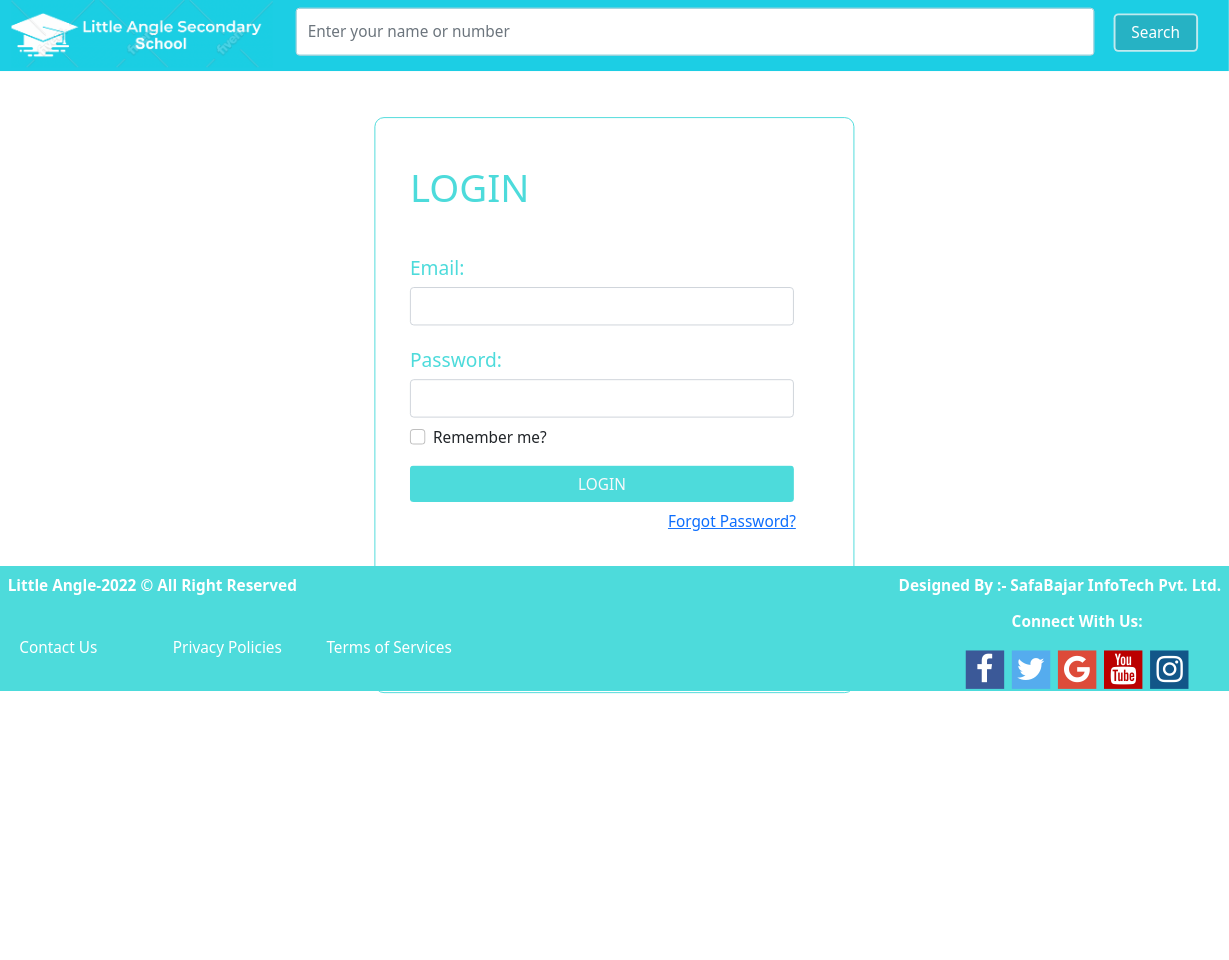
Repository: Sjuicyy/School-Project
Page: login.html
The author's editor kept a copy of each file at every save. The page is drawn from the files as they stood at one save, then again after the next save.
The browser window is 1280 px wide. The pictures show the whole page, at 96% of full size.

Above is the page before, as saved 2022-09-17 13:11:28.

### login.html
<!doctype html>
<html lang="en">

<head>
    <!-- Required meta tags -->
    <meta charset="utf-8">
    <meta name="viewport" content="width=device-width, initial-scale=1">

    <!-- Bootstrap CSS -->
    <link href="https://cdn.jsdelivr.net/npm/bootstrap@5.0.2/dist/css/bootstrap.min.css" rel="stylesheet"
        integrity="sha384-EVSTQN3/azprG1Anm3QDgpJLIm9Nao0Yz1ztcQTwFspd3yD65VohhpuuCOmLASjC" crossorigin="anonymous">

    <link rel="stylesheet" href="https://cdnjs.cloudflare.com/ajax/libs/font-awesome/4.7.0/css/font-awesome.min.css">


    <style>
        body {
            height: 1000px;
        }

        .navcol {
            background-color: rgb(28, 206, 228);
        }

        .row0 div {
            width: auto;
            display: flex;
        }

        .img {
            height: 70px;
            width: 100%;
        }

        .form-control {
            height: 50px;
        }


        .btn1 {
            background-color: rgb(38, 178, 196);
            color: white;
            height: 40px;
            width: 100px;
            margin: 20px;
            margin-top: 14px;
            border: 2px solid rgba(255, 255, 255, 0.715);
            border-radius: 5px;
        }

        .btn1:hover {
            background-color: rgba(0, 225, 255, 0);
            border: 2px solid white;
            outline: none;
        }

        .btn1:active {
            color: rgba(255, 255, 255, 0.667);
            border: 2px solid rgba(255, 255, 255, 0.533);
        }

        .footer {
            background-color: rgb(77, 219, 219);
            position: fixed;
            width: 100%;
            overflow: AUTO;
            color: rgb(255, 255, 255);
            bottom: 0;
        }

        .footer::-webkit-scrollbar {
            display: none;
        }


        .fb {

            width: 160px
        }

        .fa1 {
            font-size: xx-large;
            padding: 4px;
            margin: 2px;
            width: 40px;
            text-decoration: none;
        }

        .fa-facebook {
            background: #3B5998;
            color: white;
        }

        .fa-twitter {
            background: #55ACEE;
            color: white;
        }

        .fa-google {
            background: #dd4b39;
            color: white;
        }

        .fa-youtube {
            background: #bb0000;
            color: white;
        }

        .fa-instagram {
            background: #125688;
            color: white;
        }
        .bd{
            border: 1px solid rgb(77, 219, 219);
        }
        .formM{
            width: 400px;
            margin-left: 24px;
            height: 40px;
        }
        .btn2{
            background-color: rgb(77, 219, 219);
            width: 400px;
        }
        .color{
            color: rgb(77, 219, 219);;
        }
        .a{
            text-decoration: none;
            color: rgb(77, 219, 219);
        }
    </style>
    <title>Little Angle School</title>
</head>

<body>
    <!-- heading start -->
    <div class="container-fluid text-center">
        <div class="row row0 navcol">
            <div class="col-3">
                <img class="img" src="/school.png" alt="">
            </div>
            <div class="col">
                <input class="form-control mt-2 " type="search" placeholder="Enter your name or number "
                    aria-label="Search">
                <button class="btn1" type="submit">Search</button>
                </form>
            </div>
        </div>
    </div>
    <!-- heading end -->



    <!-- login body  -->


    <div class="container mt-5 bd" style="width: 500px;height:600px;border-radius:10px">

        <div class="row  m-4 mt-5 h1 color">LOGIN</div>
        <div class="row mx-4 mt-5 h5 color">Email:</div>
        <input class="form-control formM" type="text">

        <div class="row mx-4 mt-4 h5 color">Password:</div>
        <input class="form-control formM" type="password">

        <div class="form-check mx-4 mt-2">
            <input class="form-check-input" type="checkbox" value="" id="flexCheckDefault">
            <label class="form-check-label" for="flexCheckDefault">
                Remember me?
            </label>
          </div>
        <!-- <input class="form-check mx-4 mt-2" type="checkbox" name="" id="">
        <label for="">aaaaa</label> -->

        <button class="btn btn2 mt-3 ms-4 text-light" type="submit">LOGIN</button>
        <div class=" w-100 px-5 mt-2 text-end">
            <a href="">Forgot Password?</a>
        </div>

    </div>


    <!-- // login body  -->












    <!-- footer start -->


    <div class="footer">
        <div class="row ">
            <div class="col mx-2 mt-2" style="text-align:left"> <b>Little Angle-2022 © All Right Reserved</b> </div>
            <div class="col mx-2 mt-2" style="text-align:right">
                <p> <b>Designed By :- SafaBajar InfoTech Pvt. Ltd.</b> </p>
            </div>
        </div>
        <div class="row mx-2">
            <div class="col-2  fb" style="text-align:left;margin-top:25px">Contact Us</div>
            <div class="col-2  fb" style="text-align:left;margin-top:25px">Privacy Policies</div>
            <div class="col-2  fb" style="text-align:left;margin-top:25px">Terms of Services</div>
            <div class="col  fb" style="text-align:left"></div>
            <div class="col-6 fb mt-2" style="text-align:center;width:300px">
                <p style="margin-top: -10px;"> <b>Connect With Us:</b> </p>
                <a href="https://www.facebook.com/search/top?q=safabazar%20private%20limited" class="fa fa1 fa-facebook"
                    style="text-align:center;margin-top:-10px"></a>
                <a href="#" class="fa fa1 fa-twitter"></a>
                <a href="#" class="fa fa1 fa-google"></a>
                <a href="#" class="fa fa1 fa-youtube"></a>
                <a href="#" class="fa fa1 fa-instagram"></a>
            </div>
        </div>

    </div>

    </div>

    </div>












    <!-- Optional JavaScript; choose one of the two! -->

    <!-- Option 1: Bootstrap Bundle with Popper -->
    <script src="https://cdn.jsdelivr.net/npm/bootstrap@5.0.2/dist/js/bootstrap.bundle.min.js"
        integrity="sha384-MrcW6ZMFYlzcLA8Nl+NtUVF0sA7MsXsP1UyJoMp4YLEuNSfAP+JcXn/tWtIaxVXM"
        crossorigin="anonymous"></script>

    <!-- Option 2: Separate Popper and Bootstrap JS -->
    <!--
    <script src="https://cdn.jsdelivr.net/npm/@popperjs/core@2.9.2/dist/umd/popper.min.js" integrity="sha384-IQsoLXl5PILFhosVNubq5LC7Qb9DXgDA9i+tQ8Zj3iwWAwPtgFTxbJ8NT4GN1R8p" crossorigin="anonymous"></script>
    <script src="https://cdn.jsdelivr.net/npm/bootstrap@5.0.2/dist/js/bootstrap.min.js" integrity="sha384-cVKIPhGWiC2Al4u+LWgxfKTRIcfu0JTxR+EQDz/bgldoEyl4H0zUF0QKbrJ0EcQF" crossorigin="anonymous"></script>
    -->
</body>

</html>

After the next save:
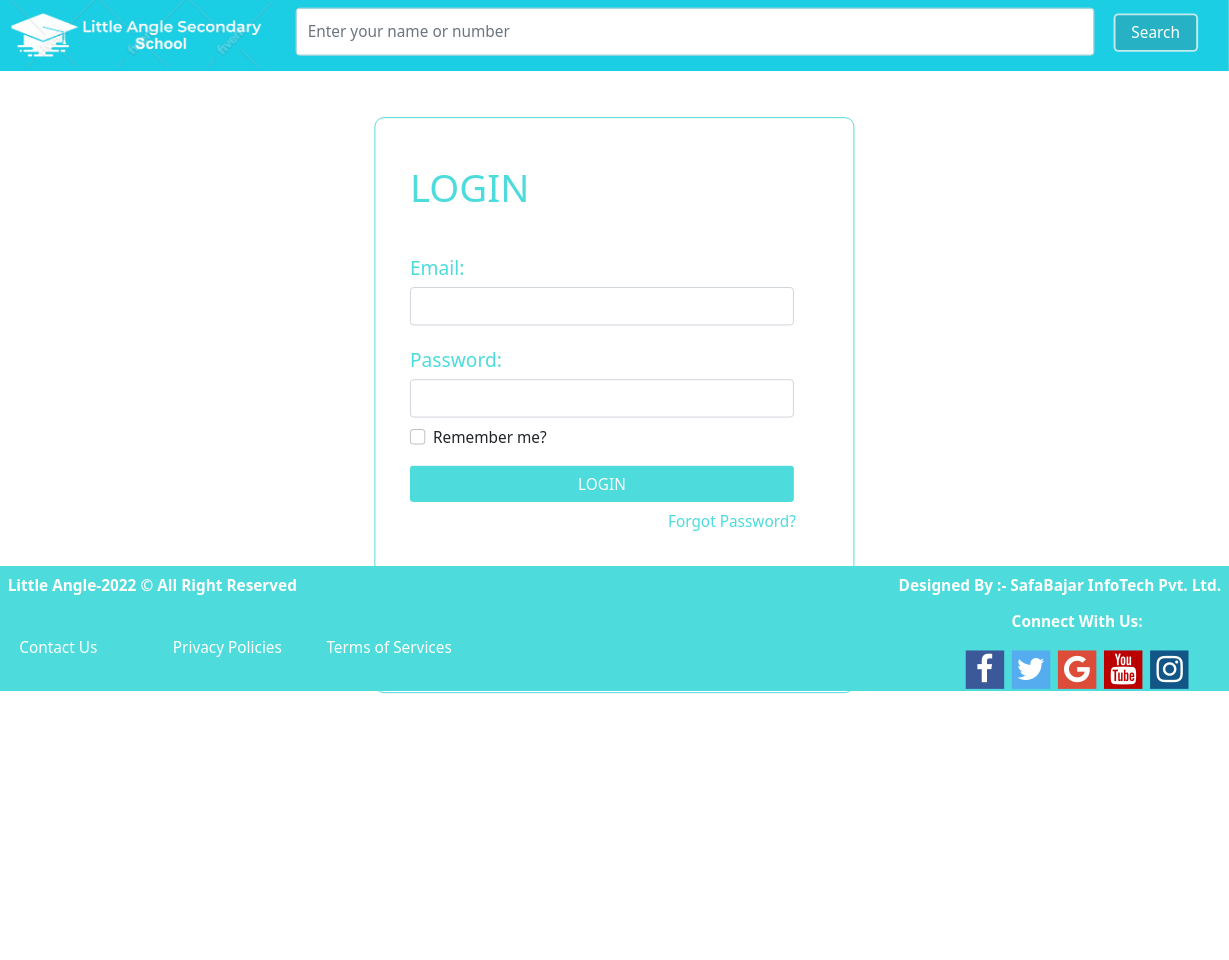
Saved 4 s later.
--- a/login.html
+++ b/login.html
@@ -175,7 +175,7 @@
 
         <button class="btn btn2 mt-3 ms-4 text-light" type="submit">LOGIN</button>
         <div class=" w-100 px-5 mt-2 text-end">
-            <a href="">Forgot Password?</a>
+            <a class="a" href="">Forgot Password?</a>
         </div>
 
     </div>
